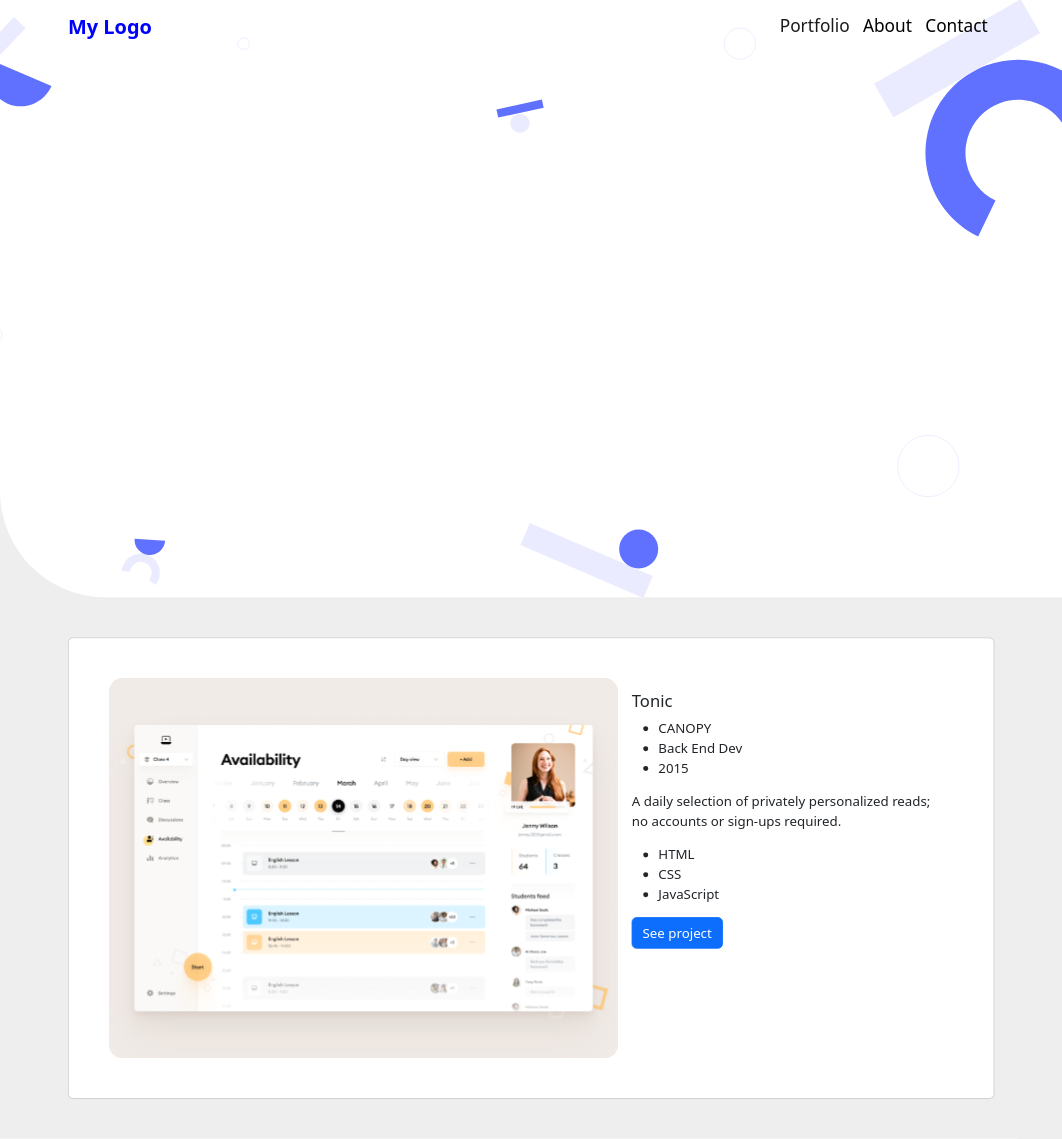
Repository: waelelsafty07/Bootstrap-Portfolio
Page: index.html
The author's editor kept a copy of each file at every save. The page is drawn from the files as they stood at one save, then again after the next save.
The browser window is 1280 px wide. The pictures show the whole page, at 83% of full size.

Above is the page before, as saved 2023-04-04 16:28:49.

### index.html
<!DOCTYPE html>
<html lang="en">
<head>
    <meta charset="UTF-8">
    <meta http-equiv="X-UA-Compatible" content="IE=edge">
    <meta name="viewport" content="width=device-width, initial-scale=1.0">
    <title>Portfolio</title>
    <link rel="stylesheet" href="css/bootstrap.min.css"/>
    <link rel="stylesheet" href="styles.css"/>
</head>
<body>
    <header>
        <nav class="navbar navbar-expand-lg navbar-light">
            <div class="container">
              <a class="navbar-brand" href="#">My Logo</a>
              <button class="navbar-toggler" type="button" data-bs-toggle="collapse" data-bs-target="#navbarNav" aria-controls="navbarNav" aria-expanded="false" aria-label="Toggle navigation">
                <span class="navbar-toggler-icon"></span>
              </button>
              <div class="collapse navbar-collapse flex-row-reverse" id="navbarNav">
                <ul class="navbar-nav">
                  <li class="nav-item">
                    <a class="nav-link active" aria-current="page" href="#">Portfolio</a>
                  </li>
                  <li class="nav-item">
                    <a class="nav-link" href="#">About</a>
                  </li>
                  <li class="nav-item">
                    <a class="nav-link" href="#">Contact</a>
                  </li>
                </ul>
              </div>
            </div>
          </nav>
    </header>
    <main>
      <section id="works" class="works m-5">
        <div class="container">
          <div class="card flex-row p-5">
            <img src="images/Snapshoot Portfolio (1).svg" class="card-img-top" alt="...">
            <div class="card-body">
              <h5 class="card-title">Tonic</h5>
              <ul class="flex flex-row">
                <li>CANOPY</li>
                <li>Back End Dev</li>
                <li>2015</li>
              </ul>
              <p class="card-text">A daily selection of privately personalized reads; no accounts or sign-ups required.</p>
              <ul>
                <li>HTML</li>
                <li>CSS</li>
                <li>JavaScript</li>
              </ul>
              <a href="#" class="btn btn-primary">See project</a>
            </div>
          </div>
        </div>
      </section>
    </main>

    <script src="js/bootstrap.bundle.min.js"></script>
</body>
</html>

### styles.css
body {
  background-color: #eee;
}
header {
  background-color: #fff;
  background-image: url("images/Header\ bg.svg");
  background-repeat: no-repeat;
  background-position: center;
  height: 100vh;
  border-bottom-left-radius: 8rem;
}
nav .navbar-brand {
  font-weight: bold;
  font-size: 1.5rem;
  color: blue;
}
nav .nav-link {
  font-weight: 500;
  font-size: 1.3rem;
  color: #000;
}

Loaded but not shown: css/bootstrap.min.css (library); js/bootstrap.bundle.min.js (library)

After the next save:
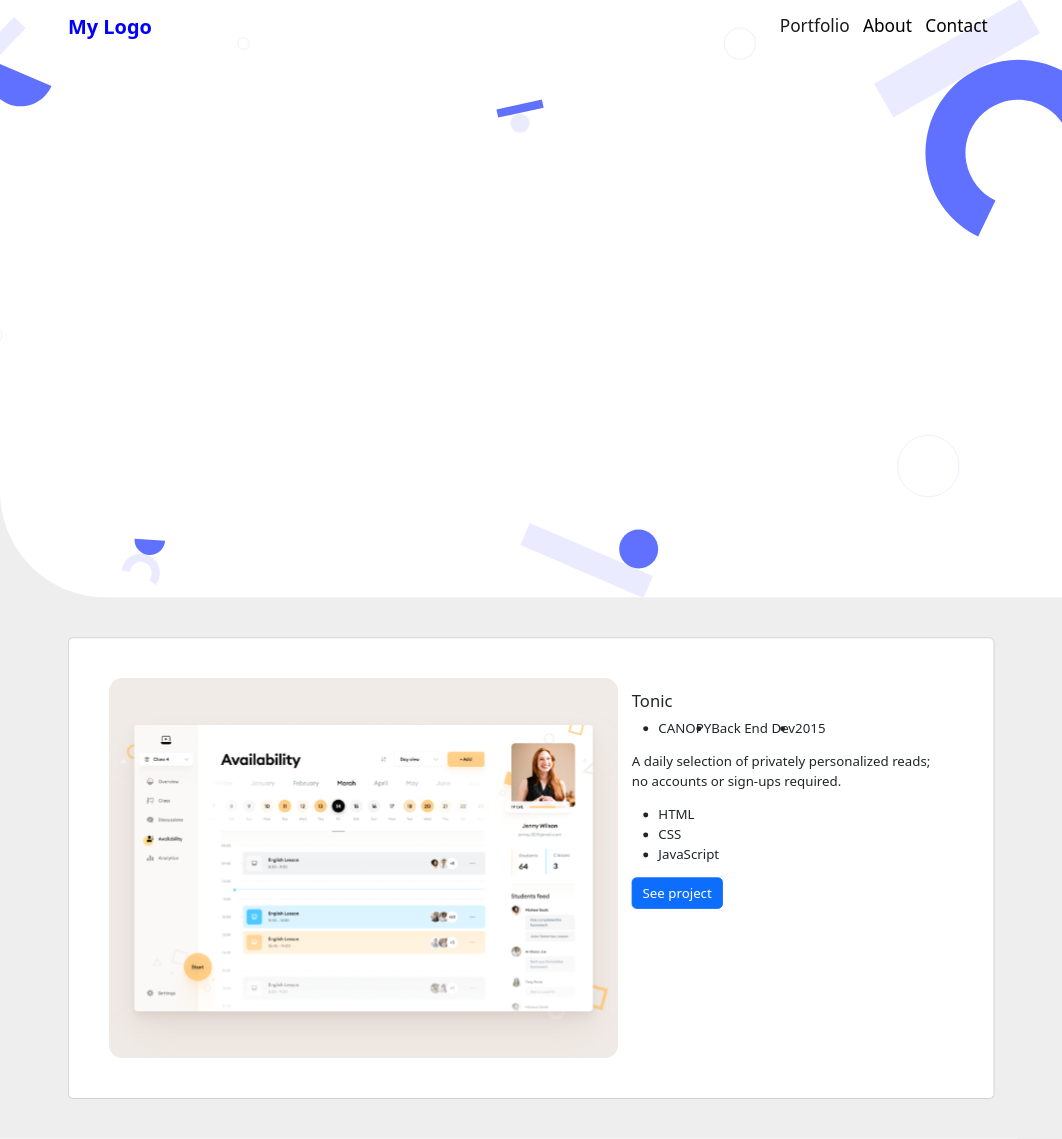
Saved 46 s later.
--- a/index.html
+++ b/index.html
@@ -39,7 +39,7 @@
             <img src="images/Snapshoot Portfolio (1).svg" class="card-img-top" alt="...">
             <div class="card-body">
               <h5 class="card-title">Tonic</h5>
-              <ul class="flex flex-row">
+              <ul class="d-flex flex-row">
                 <li>CANOPY</li>
                 <li>Back End Dev</li>
                 <li>2015</li>
